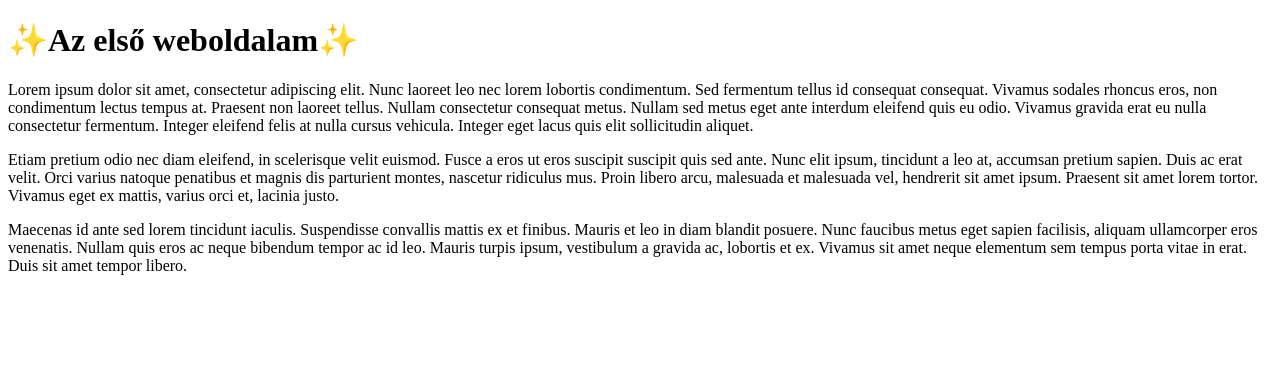
Repository: doomhyena/Web
Page: 03.óra/index.html
The author's editor kept a copy of each file at every save. The page is drawn from the files as they stood at one save, then again after the next save.
The browser window is 1280 px wide. The pictures show the whole page.

Above is the page before, as saved 2024-09-19 12:40:01.

### 03.óra/index.html
<!DOCTYPE html>
<html>
   <head>
       <title>Oldalam neve</title>
       <meta charset='UTF-8'>
       <meta name='description' content='Rövid leírás az oldal tartalmáról'>
       <meta name='keywords' content='Keresést, Segítő, Szavak, Vesszővel, Elválasztva'>
       <meta name='author' content='Neved'>
       <meta name='viewport' content='width=device-width, initial-scale=1.0'>
   </head>
   <body>
    <h1>✨Az első weboldalam✨</h1>
    <p>Lorem ipsum dolor sit amet, consectetur adipiscing elit. Nunc laoreet leo nec lorem lobortis condimentum. Sed fermentum tellus id consequat consequat. Vivamus sodales rhoncus eros, non condimentum lectus tempus at. Praesent non laoreet tellus. Nullam consectetur consequat metus. Nullam sed metus eget ante interdum eleifend quis eu odio. Vivamus gravida erat eu nulla consectetur fermentum. Integer eleifend felis at nulla cursus vehicula. Integer eget lacus quis elit sollicitudin aliquet. </p>
    <p>Etiam pretium odio nec diam eleifend, in scelerisque velit euismod. Fusce a eros ut eros suscipit suscipit quis sed ante. Nunc elit ipsum, tincidunt a leo at, accumsan pretium sapien. Duis ac erat velit. Orci varius natoque penatibus et magnis dis parturient montes, nascetur ridiculus mus. Proin libero arcu, malesuada et malesuada vel, hendrerit sit amet ipsum. Praesent sit amet lorem tortor. Vivamus eget ex mattis, varius orci et, lacinia justo.</p>
    <p>Maecenas id ante sed lorem tincidunt iaculis. Suspendisse convallis mattis ex et finibus. Mauris et leo in diam blandit posuere. Nunc faucibus metus eget sapien facilisis, aliquam ullamcorper eros venenatis. Nullam quis eros ac neque bibendum tempor ac id leo. Mauris turpis ipsum, vestibulum a gravida ac, lobortis et ex. Vivamus sit amet neque elementum sem tempus porta vitae in erat. Duis sit amet tempor libero.</p>
    <p></p>
    <p></p>
   </body>
</html>

After the next save:
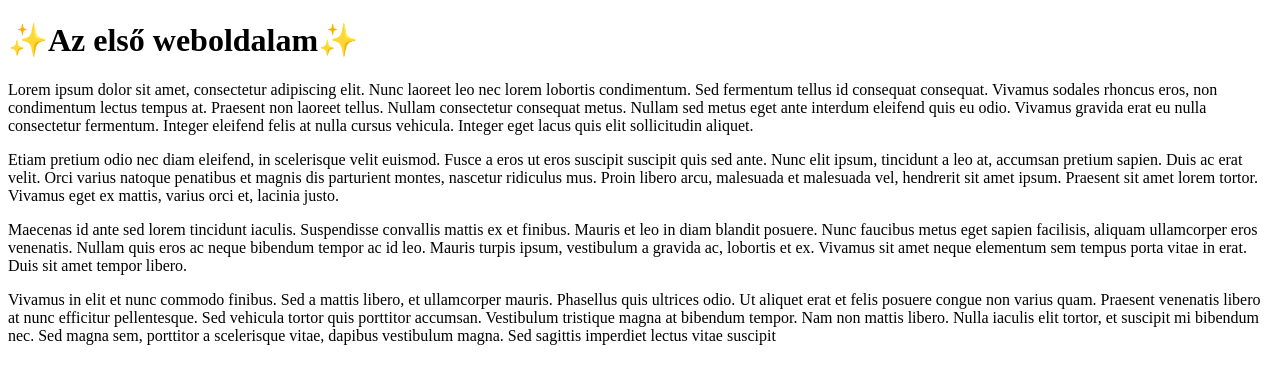
Saved 13 s later.
--- a/03.óra/index.html
+++ b/03.óra/index.html
@@ -13,7 +13,7 @@
     <p>Lorem ipsum dolor sit amet, consectetur adipiscing elit. Nunc laoreet leo nec lorem lobortis condimentum. Sed fermentum tellus id consequat consequat. Vivamus sodales rhoncus eros, non condimentum lectus tempus at. Praesent non laoreet tellus. Nullam consectetur consequat metus. Nullam sed metus eget ante interdum eleifend quis eu odio. Vivamus gravida erat eu nulla consectetur fermentum. Integer eleifend felis at nulla cursus vehicula. Integer eget lacus quis elit sollicitudin aliquet. </p>
     <p>Etiam pretium odio nec diam eleifend, in scelerisque velit euismod. Fusce a eros ut eros suscipit suscipit quis sed ante. Nunc elit ipsum, tincidunt a leo at, accumsan pretium sapien. Duis ac erat velit. Orci varius natoque penatibus et magnis dis parturient montes, nascetur ridiculus mus. Proin libero arcu, malesuada et malesuada vel, hendrerit sit amet ipsum. Praesent sit amet lorem tortor. Vivamus eget ex mattis, varius orci et, lacinia justo.</p>
     <p>Maecenas id ante sed lorem tincidunt iaculis. Suspendisse convallis mattis ex et finibus. Mauris et leo in diam blandit posuere. Nunc faucibus metus eget sapien facilisis, aliquam ullamcorper eros venenatis. Nullam quis eros ac neque bibendum tempor ac id leo. Mauris turpis ipsum, vestibulum a gravida ac, lobortis et ex. Vivamus sit amet neque elementum sem tempus porta vitae in erat. Duis sit amet tempor libero.</p>
-    <p></p>
+    <p>Vivamus in elit et nunc commodo finibus. Sed a mattis libero, et ullamcorper mauris. Phasellus quis ultrices odio. Ut aliquet erat et felis posuere congue non varius quam. Praesent venenatis libero at nunc efficitur pellentesque. Sed vehicula tortor quis porttitor accumsan. Vestibulum tristique magna at bibendum tempor. Nam non mattis libero. Nulla iaculis elit tortor, et suscipit mi bibendum nec. Sed magna sem, porttitor a scelerisque vitae, dapibus vestibulum magna. Sed sagittis imperdiet lectus vitae suscipit</p>
     <p></p>
    </body>
 </html>
